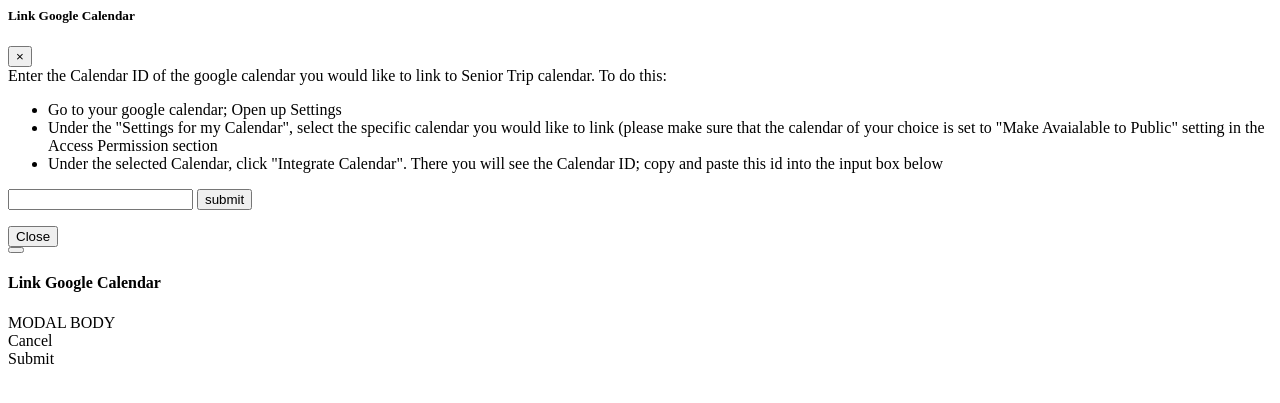
Repository: DavidGracias/florida_trip
Page: http://localhost/includes/modals/LinkCalModal.php
The author's editor kept a record of every edit. The page is drawn from the files as they stood at one moment, then again after the next edit.
The browser window is 1280 px wide. The pictures show the whole page.
The page is run by PHP 8.4 with error messages shown; the project is at /var/www/html/.

Above is the page before.

After the next edit:
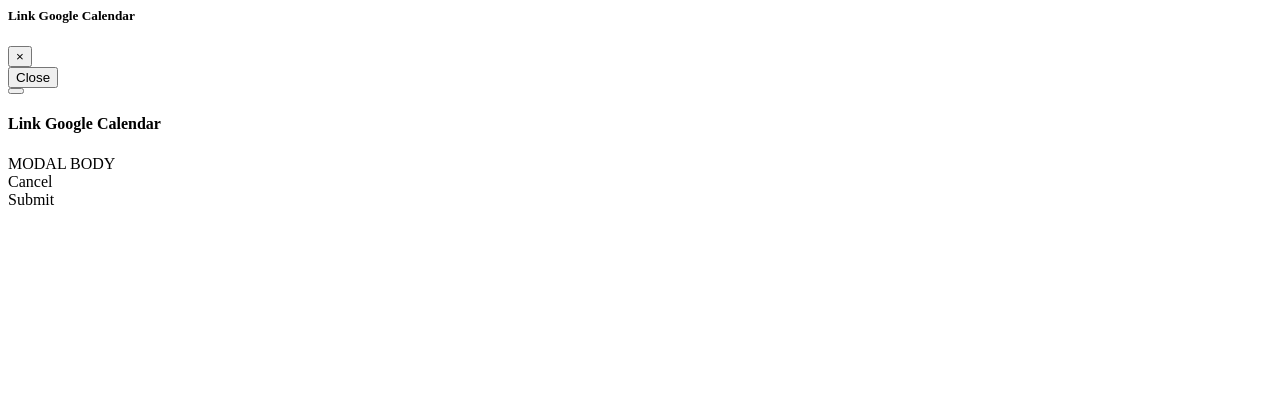
The edit:
--- a/includes/modals/LinkCalModal.php
+++ b/includes/modals/LinkCalModal.php
@@ -8,19 +8,7 @@
         </button>
       </div>
       <div class="modal-body">
-        Enter the Calendar ID of the google calendar you would like to link to Senior Trip calendar.
-        To do this:
-        <ul>
-        <li>Go to your google calendar; Open up Settings</li>
-        <li>Under the "Settings for my Calendar", select the specific calendar you would like to link (please make sure that the calendar of your choice is set to
-        "Make Avaialable to Public" setting in the Access Permission section</li>
-        <li>Under the selected Calendar, click "Integrate Calendar". There you will see the Calendar ID; copy and paste this id into the input box below</li>
-        </ul>
 
-        <form action='scripts/CalDates.php' method='POST'>
-        <input type='text' name='CalForm' id='CalForm' class='form-control' />
-         <input type='submit' value='submit' class='btn btn-primary'/>
-        </form>
 
 
       </div>
